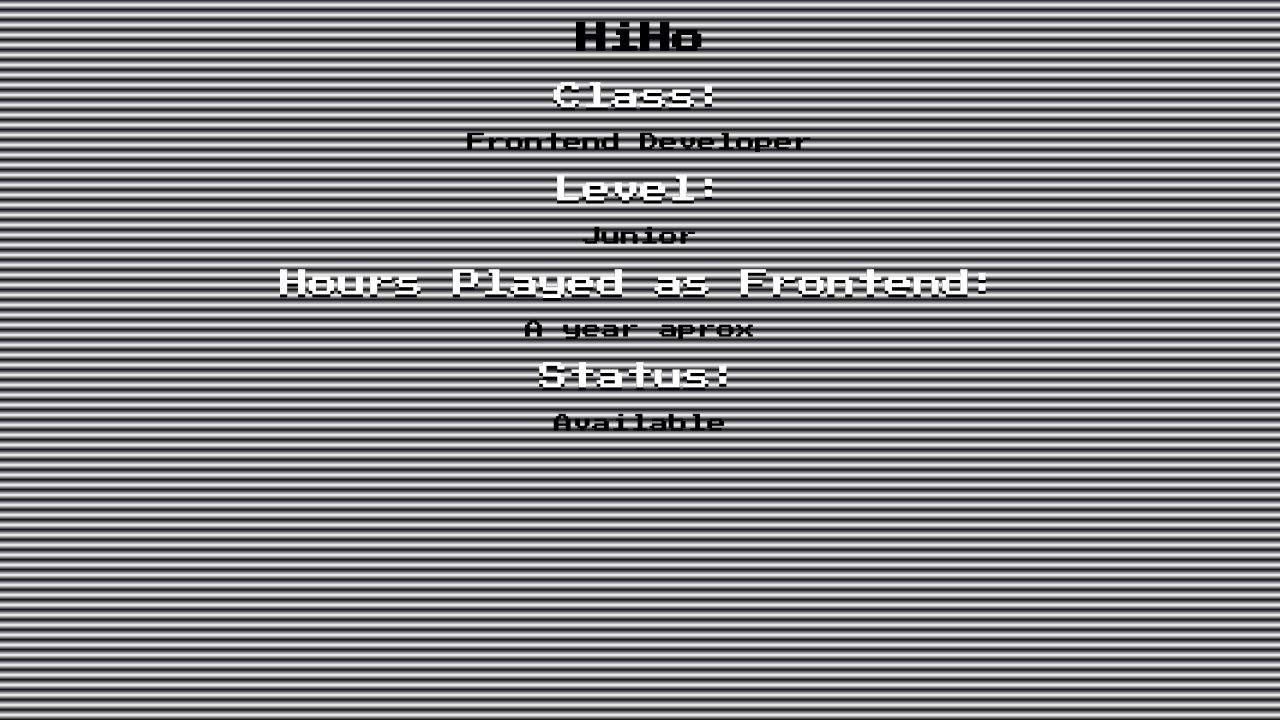
Repository: sernalab/soon
Page: index.html
The author's editor kept a copy of each file at every save. The page is drawn from the files as they stood at one save, then again after the next save.
The browser window is 1280 px wide. The pictures show the whole page.
Some web fonts or font styles are not loaded; a fallback is used.

Above is the page before, as saved 2018-12-24 01:44:19.

After the next save:
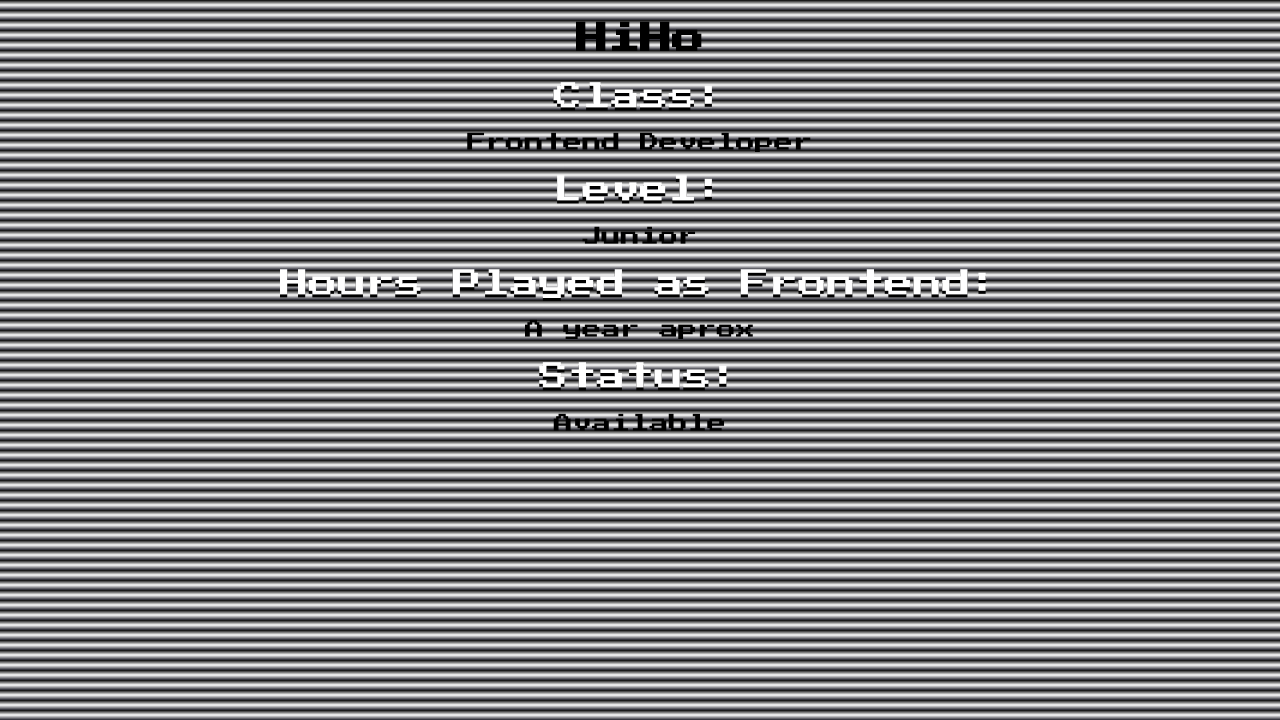
Saved 19 s later.
--- a/css/styles.css
+++ b/css/styles.css
@@ -422,7 +422,7 @@ template {
 /* custom css */
 
 body {
-    background-image: linear-gradient(#1e1e28, transparent 50%, black);
+    background-image: linear-gradient(black, transparent 50%, #1e1e28);
     font-family: 'Press Start 2P';
     background-repeat: repeat;
     background-size: 20px 10px;
